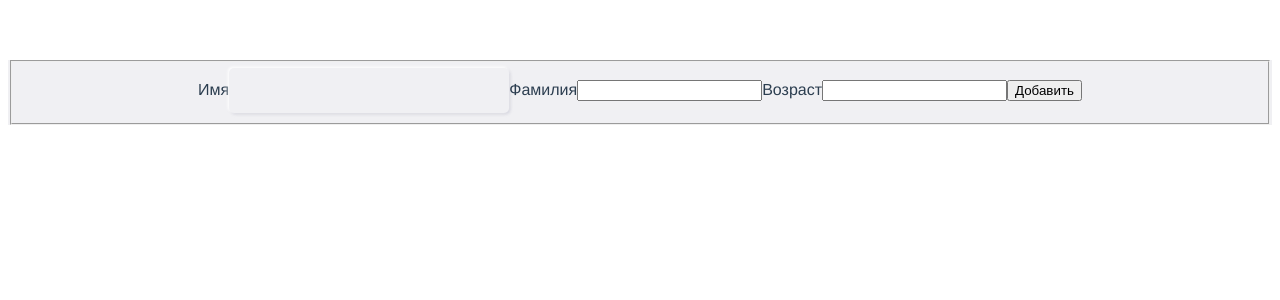
Repository: shum89/test-vue-table
Page: /
These files come from the project's save history. The page is drawn as it stood at one moment and after the next save; the edit follows.
The browser window is 1280 px wide. The pictures show the whole page.
The project was rebuilt for these pictures with package versions that can differ from the ones it lists, and the page was loaded fresh each time. Also part of the build but not shown: vue.config.js.

Above is the page before, as saved 2021-07-18 14:06:10.

After the next save:
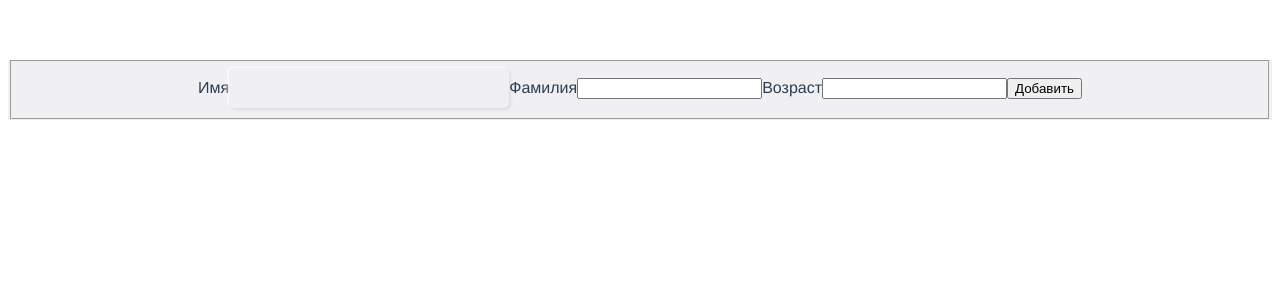
Saved 5 s later.
--- a/src/components/Form.vue
+++ b/src/components/Form.vue
@@ -50,7 +50,7 @@ export default {
   border-radius: 10px;
   font-size: 15px;
   line-height: 20px;
-  min-height: 25px;
+  min-height: 20px;
   padding: 10px 15px;
   background: #f0f0f3;
   box-shadow: -1px -1px 3px #ffffff, 1.5px 1.5px 3px rgba(174, 174, 192, 0.4);
